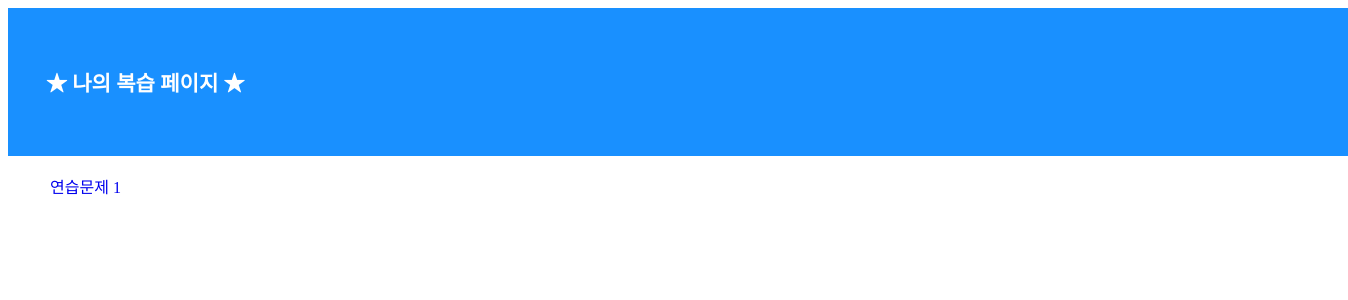
Repository: hailey-516/servlet
Page: 99_Practice/src/main/webapp/index.html
These files come from the project's save history. The page is drawn as it stood at one moment and after the next save; the edit follows.
The browser window is 1280 px wide. The page is 1348 px wide, so the pictures cover 1348 px, including what lies to the right of the window. The pictures show the whole page.

Above is the page before, as saved 2024-08-23 07:01:35.

After the next save:
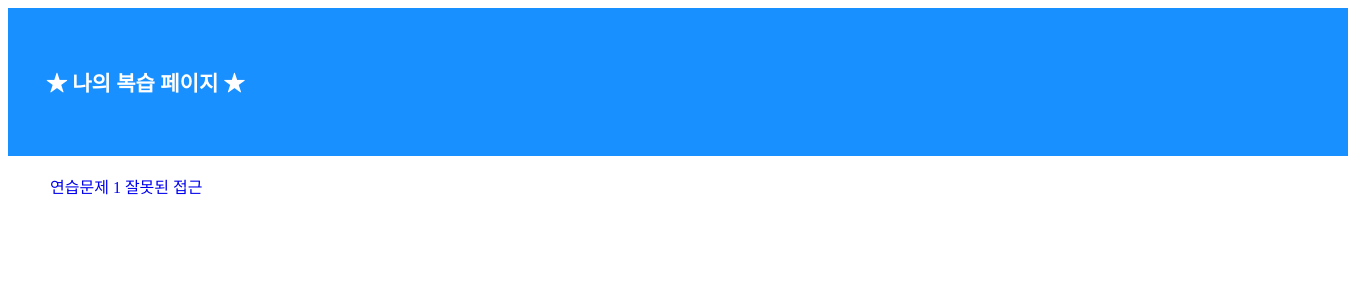
Saved 2 days later.
--- a/99_Practice/src/main/webapp/index.html
+++ b/99_Practice/src/main/webapp/index.html
@@ -23,6 +23,8 @@
 			<!-- practice1_random.html 파일로 이동하기 -->
 			<a href="views/practice1_random.html"><li>연습문제 1</li></a>
 
+			<li><a href="wrongConnection">잘못된 접근</a></li>
+
 		</ul>
 	</nav>
 </body>
